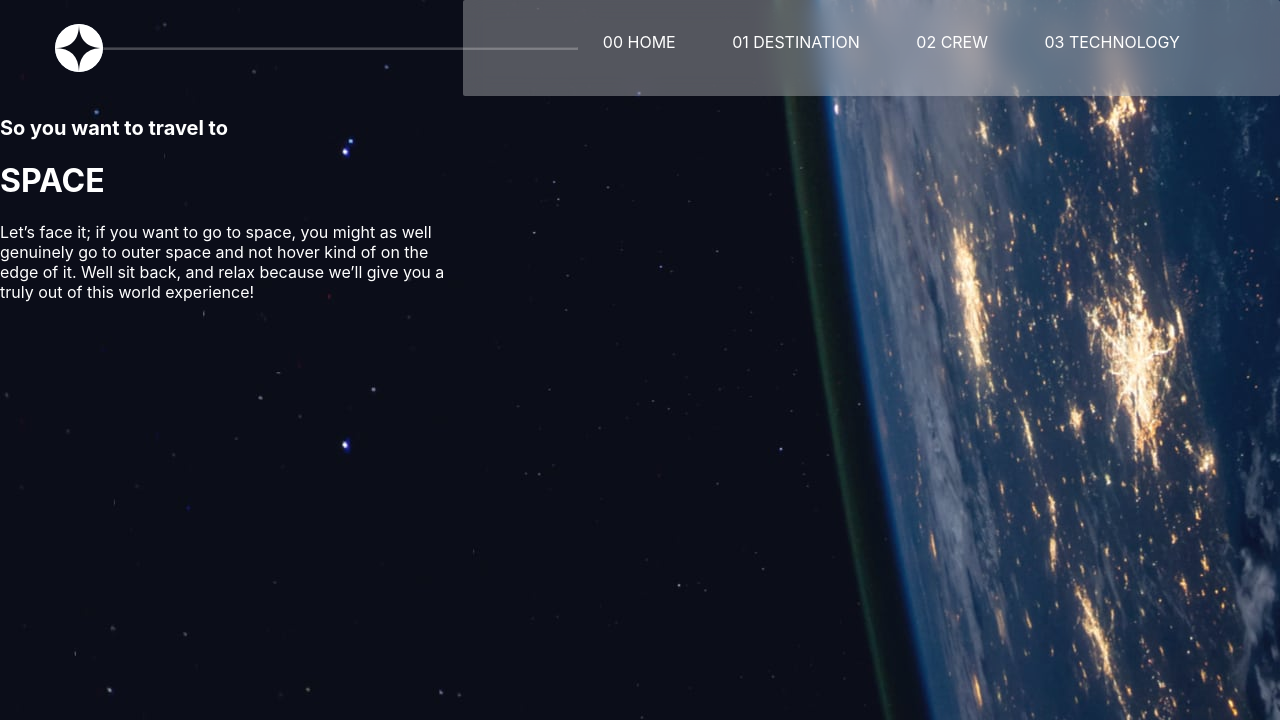
Repository: jhonenmanuel1/FrontEndMentor-MultiPageSpace
Page: /
An editor plug-in stored every save of this project. The page is shown before and after the next save, followed by the edit.
The browser window is 1280 px wide. The pictures show the whole page.
The project was rebuilt for these pictures with package versions that can differ from the ones it lists, and the page was loaded fresh each time.

Above is the page before, as saved 2022-06-21 16:31:14.

After the next save:
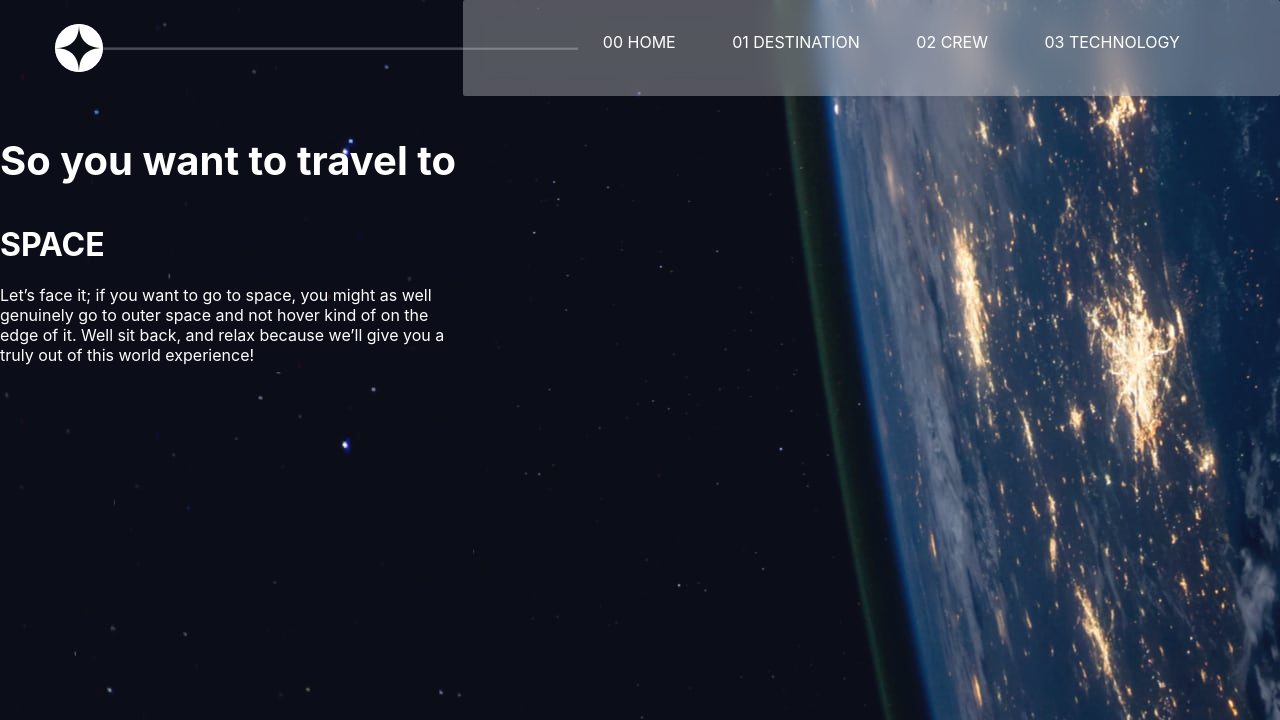
Saved 5 s later.
--- a/src/styles/homeview.module.css
+++ b/src/styles/homeview.module.css
@@ -10,7 +10,7 @@ body{
 
 .homeSpaceTargeth3 {
     font-weight: 0;
-    font-size: 20px;
+    font-size: 40px;
 }
 .homeSpaceTarget  h1{
     font-weight: 0;
